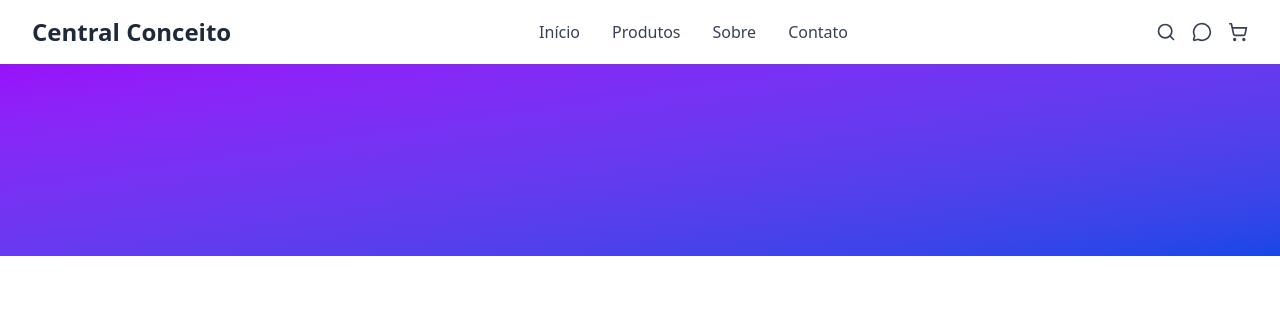
Repository: estevam02009/jh-softwares
Page: /
The author's editor kept a copy of each file at every save. The page is drawn from the files as they stood at one save, then again after the next save.
The browser window is 1280 px wide. The pictures show the whole page.
The project was rebuilt for these pictures with package versions that can differ from the ones it lists, and the page was loaded fresh each time. Also part of the build but not shown: vite.config.ts.

Above is the page before, as saved 2025-08-03 09:19:40.

### src/App.tsx
import React, { useState } from "react"
import { Header } from "./components/Header"
import { Hero } from "./components/Hero"

function App() {

  // const [cartItems, setCartItems] = useState<CartItem[]>([])
  const [isCartOpen, setIsCartOpen] = useState(false)

  return (
    <div className="min-h-screen bg-white">
      <Header
        cartItemsCount={0}
        onCartClick={() => setIsCartOpen(true)}
      />

      <Hero />
    </div>
  )
}

export default App

### src/components/Header.tsx
import React from "react";
import { ShoppingCart, MessageCircle, Search } from "lucide-react";
import { getWhatsAppSupportUrl } from "../utils/whatsapp";

interface HeaderProps {
    cartItemsCount: number;
    onCartClick: () => void;
}

export const Header: React.FC<HeaderProps> = ({ cartItemsCount, onCartClick }) => {
    return (
        <header className="bg-white shadow-sm sticky top0 z-0">
            <div className="min-w-7xl mx-auto px-4 sm:px-6 lg:px-8">
                <div className="flex items-center justify-between h-16">
                    {/* LOGO */}
                    <div className="flex-shrink-0">
                        <h1 className="text-2xl font-bold text-gray-800">Central Conceito</h1>
                    </div>

                    {/* NAVIGATION */}
                    <nav className="hidden md:flex space-x-8">
                        <a href="#home" className="text-gray-700 hover:text-purple-600">Início</a>
                        <a href="#products" className="text-gray-700 hover:text-purple-600">Produtos</a>
                        <a href="#about" className="text-gray-700 hover:text-purple-600">Sobre</a>
                        <a href="#contact" className="text-gray-700 hover:text-purple-600">Contato</a>
                    </nav>

                    {/* Actions */}
                    <div className="flex items-center space-x-4">
                        <button className="text-gray-700 hover:text-purple-600">
                            <Search className="w-5 h-5" />
                        </button>

                        <a
                            href={getWhatsAppSupportUrl()}
                            target="_blank"
                            rel="noopener noreferrer"
                            className="text-gray-700 hover:text-green-600 transition-colors"
                            title="Suporte WhatsApp"
                        >
                            <MessageCircle className="w-5 h-5" />
                        </a>

                        <button
                            onClick={onCartClick}
                            className="relative text-gray-700 hover:text-purple-600 transition-colors"
                        >
                            <ShoppingCart className="w-5 h-5" />
                            {cartItemsCount > 0 && (
                                <span className="absolute -top-2 -right-2 bg-red-500 text-white text-xs rounded-full w-5 h-5 flex items-center justify-center">
                                    {cartItemsCount}
                                </span>
                            )}
                        </button>
                    </div>
                </div>
            </div>
        </header>
    )
}

### src/components/Hero.tsx
import React from "react";
import { ArrowRight } from "lucide-react";

export const Hero: React.FC = () => {
    return (
        <section id="home" className="relative bg-gradient-to-br from-purple-600 to-blue-700 text-white">
            <div className="max-w-7xl mx-auto px-4 sm:px-6 lg:px-8 py-24">
                <div className="grid grid-cols-1 lg:grid-cols-2 gap-12 items-center"></div>
            </div>
        </section>
    )
}

### src/utils/whatsapp.ts
export const formatWhatsAppOrder = (items: any[], customerInfo?: any) => {
    const businessPhone = '+5584996643325'; // Replace with your business WhatsApp number

    let message = '🛍️ *Novo pedido*\n\n';

    items.forEach((item, index) => {
        message += `${index + 1}. *${item.product.name}*\n`;
        message += `   Size: ${item.size}\n`;
        message += `   Color: ${item.color}\n`;
        message += `   Quantity: ${item.quantity}\n`;
        message += `   Price: R$${item.product.price} each\n\n`;
    });

    const total = items.reduce((sum, item) => sum + (item.product.price * item.quantity), 0);
    message += `💰 *Total: R$${total.toFixed(2)}*\n\n`;
    message += '📞 Por favor, confirme este pedido e entraremos em contato com você com os detalhes de pagamento e entrega!';

    return `https://wa.me/${businessPhone}?text=${encodeURIComponent(message)}`;
};

export const getWhatsAppSupportUrl = () => {
    const businessPhone = '+5584996643325'; // Replace with your business WhatsApp number
    const message = '👋 Olá! Tenho uma pergunta sobre este produto. Você poderia me ajudar?';

    return `https://wa.me/${businessPhone}?text=${encodeURIComponent(message)}`;
};

Loaded but not shown: index.html (common file); src/main.tsx (common file); src/index.css (common file)

After the next save:
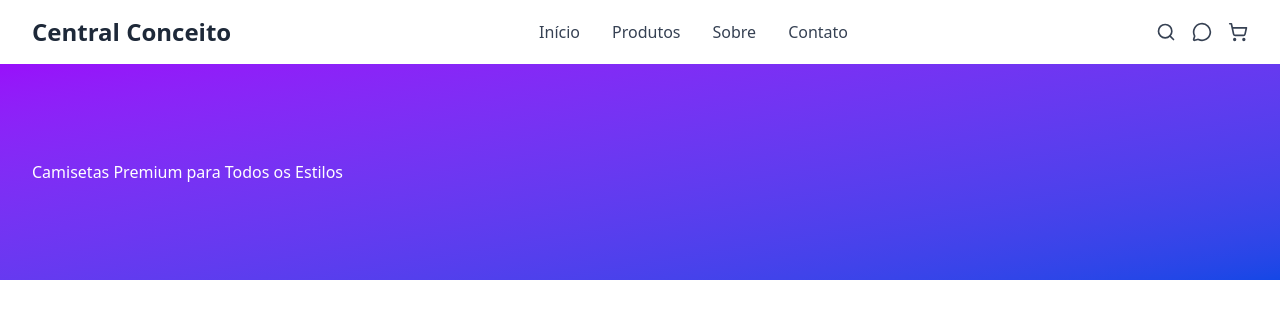
Saved 49 s later.
--- a/src/components/Hero.tsx
+++ b/src/components/Hero.tsx
@@ -5,7 +5,11 @@
     return (
         <section id="home" className="relative bg-gradient-to-br from-purple-600 to-blue-700 text-white">
             <div className="max-w-7xl mx-auto px-4 sm:px-6 lg:px-8 py-24">
-                <div className="grid grid-cols-1 lg:grid-cols-2 gap-12 items-center"></div>
+                <div className="grid grid-cols-1 lg:grid-cols-2 gap-12 items-center">
+                    <div>
+                        <h1>Camisetas Premium para Todos os Estilos</h1>
+                    </div>
+                </div>
             </div>
         </section>
     )
